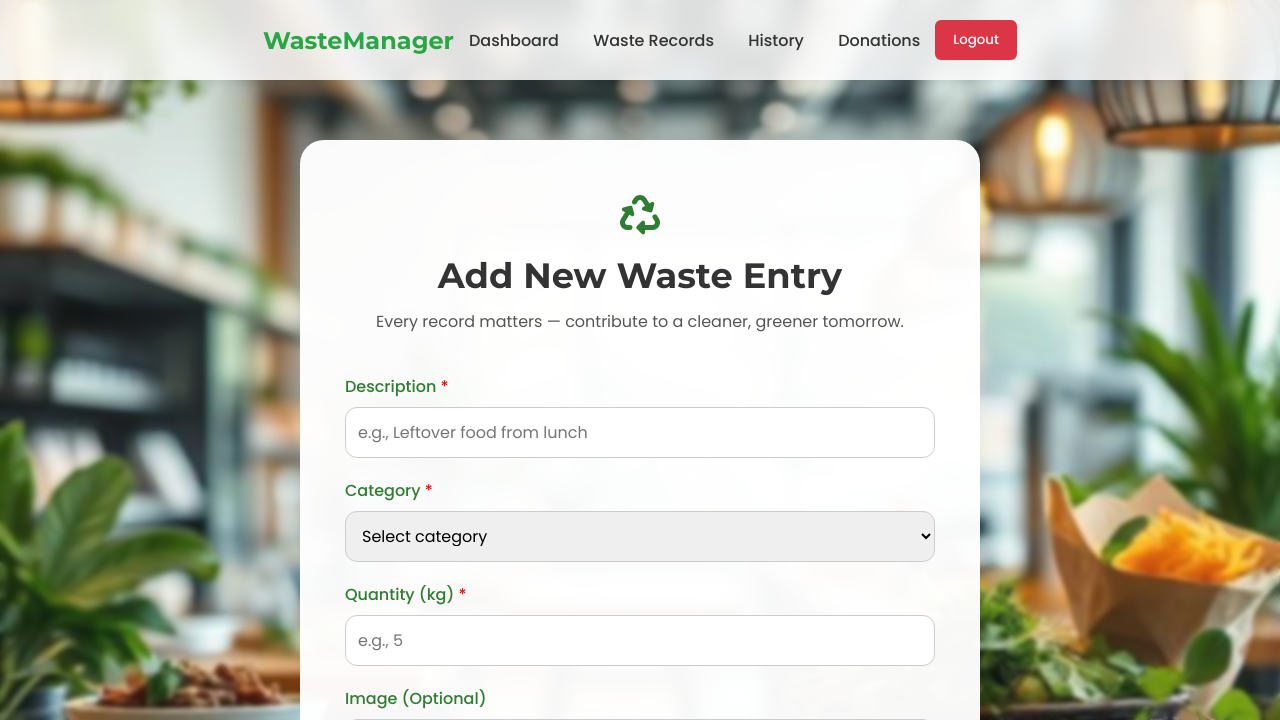
Repository: mahekagrawal25/restaurant-waste-management
Page: frontend/addwaste.html
The author's editor kept a copy of each file at every save. The page is drawn from the files as they stood at one save, then again after the next save.
The browser window is 1280 px wide. The pictures show the whole page.
An inner scrolling area shows only its first screen.

Above is the page before, as saved 2025-04-25 22:09:11.

### frontend/addwaste.html
<!DOCTYPE html>
<html lang="en">
  <head>
    <meta charset="UTF-8" />
    <meta name="viewport" content="width=device-width, initial-scale=1.0" />
    <title>Add Waste - WasteManager</title>
    <link rel="stylesheet" href="style.css" />
    <link
      rel="stylesheet"
      href="https://cdnjs.cloudflare.com/ajax/libs/font-awesome/6.4.0/css/all.min.css"
    />
    <link
      href="https://fonts.googleapis.com/css2?family=Poppins:wght@400;500;600&family=Montserrat:wght@700&display=swap"
      rel="stylesheet"
    />

    <style>
      html,
      body {
        margin: 0;
        padding: 0;
        height: 100%;
        overflow: hidden;
        font-family: "Poppins", sans-serif;
        background: url("./images/restro10.jpeg") no-repeat center center fixed;
        background-size: cover;
      }

      .page-wrapper {
        height: calc(100vh - 80px);
        display: flex;
        justify-content: center;
        align-items: flex-start;
        padding: 60px 20px 20px 20px;
        background-color: rgba(255, 255, 255, 0.05);
        backdrop-filter: blur(2px);
        -webkit-backdrop-filter: blur(2px);
        overflow-y: auto;
      }

      .waste-card {
        background: rgba(255, 255, 255, 0.97);
        border-radius: 24px;
        box-shadow: 0 12px 30px rgba(0, 0, 0, 0.12);
        width: 100%;
        max-width: 680px;
        padding: 60px 45px;
        box-sizing: border-box;
      }

      .card-header {
        text-align: center;
        margin-bottom: 40px;
      }

      .card-header h1 {
        font-size: 2.2rem;
        margin: 12px 0;
      }

      .card-header p {
        font-size: 1rem;
        color: #555;
      }

      .form-group {
        margin-bottom: 28px;
      }

      input,
      select {
        width: 100%;
        padding: 12px 16px;
        font-size: 1rem;
        border-radius: 8px;
        border: 1px solid #ccc;
        box-sizing: border-box;
      }

      label span {
        color: red;
      }

      .btn-submit {
        width: 100%;
        padding: 14px 20px;
        background-color: #28a745;
        color: white;
        font-weight: 600;
        font-size: 1rem;
        border: none;
        border-radius: 8px;
        cursor: pointer;
        transition: background-color 0.3s ease;
      }

      .btn-submit:hover {
        background-color: #218838;
      }

      .footer {
        display: none;
      }

      .status-msg {
        margin-top: 20px;
        text-align: center;
        font-weight: 600;
      }

      .status-msg.success {
        color: green;
      }

      .status-msg.error {
        color: red;
      }

      .navbar {
        height: 80px;
        display: flex;
        align-items: center;
        justify-content: space-between;
        padding: 0 40px;
        background: #ffffffd9;
        box-shadow: 0 2px 8px rgba(0, 0, 0, 0.05);
      }

      .nav-container nav a {
        margin: 0 15px;
        text-decoration: none;
        font-weight: 500;
        color: #333;
      }

      .nav-container .logo {
        font-family: "Montserrat", sans-serif;
        font-weight: 700;
        font-size: 1.5rem;
        color: #28a745;
      }

      .btn-logout {
        background: #dc3545;
        color: white;
        border: none;
        border-radius: 6px;
        padding: 10px 18px;
        cursor: pointer;
        font-weight: 500;
      }

      .btn-logout:hover {
        background: #c82333;
      }
    </style>
  </head>

  <body>
    <header class="navbar">
      <div class="nav-container">
        <div class="logo">WasteManager</div>
        <nav>
          <a href="restaurant_dashboard.html">Dashboard</a>
          <a href="waste-records.html" class="active">Waste Records</a>
          <a href="history.html">History</a>
          <a href="donations.html">Donations</a>
        </nav>
        <button id="logoutBtn" class="btn-logout">Logout</button>
      </div>
    </header>

    <div class="page-wrapper">
      <div class="waste-card">
        <div class="card-header">
          <i class="fas fa-recycle fa-2x"></i>
          <h1>Add New Waste Entry</h1>
          <p>
            Every record matters — contribute to a cleaner, greener tomorrow.
          </p>
        </div>

        <form id="addWasteForm" class="waste-form">
          <!-- Optional: user_id can be filled dynamically by backend or JS -->
          <input type="hidden" id="user_id" name="user_id" />

          <div class="form-group">
            <label for="description">Description <span>*</span></label>
            <input
              type="text"
              id="description"
              name="description"
              required
              placeholder="e.g., Leftover food from lunch"
            />
          </div>

          <div class="form-group">
            <label for="category">Category <span>*</span></label>
            <select id="category" name="category" required>
              <option value="">Select category</option>
              <option value="Plastic">Plastic</option>
              <option value="Food">Food</option>
              <option value="Cardboard">Cardboard</option>
              <option value="Glass">Glass</option>
              <option value="Other">Other</option>
            </select>
          </div>

          <div class="form-group">
            <label for="quantity">Quantity (kg) <span>*</span></label>
            <input
              type="number"
              id="quantity"
              name="quantity"
              min="1"
              required
              placeholder="e.g., 5"
            />
          </div>

          <div class="form-group">
            <label for="image_url">Image (Optional)</label>
            <input
              type="url"
              id="image_url"
              name="image_url"
              placeholder="Paste image URL (optional)"
            />
          </div>

          <button type="submit" class="btn-submit">
            <i class="fas fa-paper-plane"></i> Submit Entry
          </button>
          <p id="statusMsg" class="status-msg"></p>
        </form>
      </div>
    </div>

    <footer class="footer">
      <p>&copy; 2025 WasteManager | All rights reserved</p>
    </footer>

    <!-- Optional: Add script for logout and form handling -->
    <script>
      document.getElementById("logoutBtn").addEventListener("click", () => {
        localStorage.removeItem("token"); // or sessionStorage depending on usage
        window.location.href = "login.html";
      });

      // Example submit handler
      document.getElementById("addWasteForm").addEventListener("submit", async (e) => {
        e.preventDefault();
        const form = e.target;
        const data = {
          user_id: document.getElementById("user_id").value,
          description: form.description.value,
          category: form.category.value,
          quantity: form.quantity.value,
          image_url: form.image_url.value
        };

        const statusMsg = document.getElementById("statusMsg");

        try {
          const res = await fetch("http://localhost:5000/api/waste/add", {
            method: "POST",
            headers: {
              "Content-Type": "application/json",
              Authorization: "Bearer " + localStorage.getItem("token"),
            },
            body: JSON.stringify(data)
          });

          const result = await res.json();

          if (res.ok) {
            statusMsg.textContent = "Waste entry submitted successfully!";
            statusMsg.className = "status-msg success";
            form.reset();
          } else {
            statusMsg.textContent = result.message || "Submission failed.";
            statusMsg.className = "status-msg error";
          }
        } catch (error) {
          statusMsg.textContent = "An error occurred. Try again.";
          statusMsg.className = "status-msg error";
        }
      });
    </script>
  </body>
</html>

### frontend/style.css
/* ✅ General Styles */
* {
  margin: 0;
  padding: 0;
  box-sizing: border-box;
  font-family: 'Poppins', sans-serif;
}

body {
  background: linear-gradient(135deg, #2e7d32, #81c784);
  color: #333;
  min-height: 100vh;
  display: flex;
  flex-direction: column;
}

/* ✅ Navigation Bar */
.navbar {
  background: rgba(255, 255, 255, 0.85);
  backdrop-filter: blur(12px);
  box-shadow: 0 4px 15px rgba(0, 0, 0, 0.1);
  padding: 20px 40px;
  position: sticky;
  top: 0;
  z-index: 1000;
}

.nav-container {
  display: flex;
  justify-content: space-between;
  align-items: center;
  max-width: 1300px;
  margin: 0 auto;
}

.navbar .logo {
  font-size: 30px;
  font-weight: bold;
  color: #2e7d32;
  font-family: 'Georgia', serif;
}

nav a {
  margin: 0 18px;
  text-decoration: none;
  color: #444;
  font-weight: 500;
  transition: color 0.3s, transform 0.3s;
}

nav a:hover {
  color: #2e7d32;
  transform: scale(1.1);
}

.btn-logout {
  background: #ff4c4c;
  color: #fff;
  border: none;
  padding: 12px 28px;
  border-radius: 30px;
  cursor: pointer;
  font-weight: 500;
  transition: background 0.3s, transform 0.3s;
}

.btn-logout:hover {
  background: #e03c3c;
  transform: scale(1.05);
}

/* ✅ Main Content */
.container {
  width: 90%;
  max-width: 1300px;
  margin: 50px auto;
  flex: 1;
}

/* ✅ Welcome Section */
.welcome-section {
  text-align: center;
  margin-bottom: 70px;
}

.welcome-section h1 {
  font-size: 48px;
  color: #fff;
  margin-bottom: 12px;
  font-weight: 700;
  font-family: 'Cambria', serif;
}

.welcome-section p {
  font-size: 20px;
  color: #f0f0f0;
  opacity: 0.9;
}

/* ✅ Quick Actions Grid */
.actions-grid {
  display: grid;
  grid-template-columns: repeat(auto-fit, minmax(280px, 1fr));
  gap: 35px;
  margin-bottom: 70px;
}

.action-card {
  background: rgba(255, 255, 255, 0.85);
  backdrop-filter: blur(12px);
  border-radius: 20px;
  box-shadow: 0 10px 25px rgba(0, 0, 0, 0.1);
  padding: 35px;
  text-align: center;
  transition: transform 0.4s, box-shadow 0.4s;
  cursor: pointer;
}

.action-card:hover {
  transform: translateY(-12px);
  box-shadow: 0 14px 30px rgba(0, 0, 0, 0.2);
}

.action-card i {
  font-size: 52px;
  color: #2e7d32;
  margin-bottom: 25px;
}

.action-card h3 {
  font-size: 26px;
  color: #333;
  margin-bottom: 12px;
  font-weight: 700;
}

.action-card p {
  font-size: 18px;
  color: #555;
  opacity: 0.85;
}

/* ✅ Recent Activities */
.recent-activities {
  background: rgba(255, 255, 255, 0.9);
  padding: 35px;
  border-radius: 20px;
  box-shadow: 0 10px 25px rgba(0, 0, 0, 0.1);
}

.recent-activities h2 {
  font-size: 30px;
  margin-bottom: 25px;
  font-weight: 700;
  color: #333;
}

.activities-container {
  max-height: 350px;
  overflow-y: auto;
  padding: 15px;
}

.activities-container p {
  font-size: 18px;
  color: #555;
  opacity: 0.9;
}

/* ✅ Footer */
.footer {
  background: rgba(255, 255, 255, 0.9);
  backdrop-filter: blur(10px);
  color: #333;
  text-align: center;
  padding: 25px;
  box-shadow: 0 -5px 15px rgba(0, 0, 0, 0.1);
  font-weight: 600;
  font-size: 16px;
}





/* Activities Table Styles */
.activities-table-container {
  overflow-x: auto;
  margin-top: 1rem;
  background: white;
  border-radius: 8px;
  box-shadow: 0 2px 10px rgba(0,0,0,0.1);
  padding: 1rem;
}

#activitiesTable {
  width: 100%;
  border-collapse: collapse;
}

#activitiesTable th, #activitiesTable td {
  padding: 12px 15px;
  text-align: left;
  border-bottom: 1px solid #e0e0e0;
}

#activitiesTable th {
  background-color: #f5f5f5;
  font-weight: 600;
}

#activitiesTable tr:hover {
  background-color: #f9f9f9;
}

.btn-view-all {
  display: block;
  margin: 1rem auto 0;
  padding: 8px 16px;
  background: #4CAF50;
  color: white;
  border: none;
  border-radius: 4px;
  cursor: pointer;
}

.btn-view-all:hover {
  background: #45a049;
}




/* Activities Table Styles */
.activities-table-container {
  overflow-x: auto;
  margin-top: 1rem;
  background: white;
  border-radius: 8px;
  box-shadow: 0 2px 10px rgba(0,0,0,0.1);
  padding: 1rem;
}

#activitiesTable {
  width: 100%;
  border-collapse: collapse;
  font-size: 0.9rem;
}

#activitiesTable th {
  background-color: #f8f9fa;
  padding: 12px 15px;
  text-align: left;
  font-weight: 600;
}

#activitiesTable td {
  padding: 10px 15px;
  border-bottom: 1px solid #e9ecef;
}

.loading, .error {
  text-align: center;
  padding: 20px;
}

.loading {
  color: #6c757d;
}

.error {
  color: #dc3545;
}













.page-header {
  text-align: center;
  margin-top: 40px;
}

.page-header h1 {
  font-family: 'Montserrat', sans-serif;
  font-size: 2rem;
  color: #2e7d32;
}

.page-header p {
  font-size: 1rem;
  color: #555;
  margin-top: 8px;
}

.form-section {
  max-width: 600px;
  margin: 30px auto;
  background: #f9fff9;
  padding: 30px;
  border-radius: 16px;
  box-shadow: 0 6px 18px rgba(0, 0, 0, 0.06);
}

.waste-form .form-group {
  margin-bottom: 20px;
}

.waste-form label {
  display: block;
  font-weight: 500;
  margin-bottom: 8px;
}

.waste-form label span {
  color: red;
}

.waste-form input,
.waste-form select {
  width: 100%;
  padding: 12px 14px;
  font-size: 1rem;
  border: 1px solid #ccc;
  border-radius: 12px;
  outline: none;
  transition: border 0.3s ease;
}

.waste-form input:focus,
.waste-form select:focus {
  border-color: #4caf50;
}

.btn-submit {
  background-color: #4caf50;
  color: #fff;
  padding: 12px 20px;
  border: none;
  border-radius: 12px;
  cursor: pointer;
  font-weight: 600;
  font-size: 1rem;
  transition: background-color 0.3s ease;
  display: flex;
  align-items: center;
  gap: 8px;
}

.btn-submit:hover {
  background-color: #388e3c;
}




/* Hero Section */
.hero-header {
  background: linear-gradient(to right, #43a047, #2e7d32);
  color: white;
  padding: 60px 20px 40px;
  text-align: center;
  border-bottom-left-radius: 40px;
  border-bottom-right-radius: 40px;
  box-shadow: 0 8px 20px rgba(0, 0, 0, 0.1);
}

.hero-content i {
  font-size: 3rem;
  margin-bottom: 10px;
  animation: bounce 1s ease-in-out infinite alternate;
}

.hero-content h1 {
  font-family: 'Montserrat', sans-serif;
  font-size: 2.5rem;
  margin: 0;
}

.hero-content p {
  font-size: 1.1rem;
  margin-top: 10px;
  color: #e0f2f1;
}

/* Animation for Icon */
@keyframes bounce {
  0% { transform: translateY(0); }
  100% { transform: translateY(-5px); }
}


/* Make entire page fit on screen */
.page-wrapper {
  display: flex;
  justify-content: center;
  align-items: center;
  height: calc(100vh - 80px); /* Adjust for header/footer */
  padding: 20px;
  background-color: #f4f7f6;
}

/* Unified Card */
.waste-card {
  background: rgba(255, 255, 255, 0.98);
  border-radius: 20px;
  box-shadow: 0 8px 24px rgba(0, 0, 0, 0.08);
  width: 100%;
  max-width: 650px;

  /* Updated padding */
  padding: 60px 40px;
  box-sizing: border-box;
}

/* Header Inside Card */
.card-header {
  text-align: center;
  margin-bottom: 25px;
}

.card-header i {
  font-size: 2.5rem;
  color: #2e7d32;
  animation: bounce 1s infinite alternate;
}

.card-header h1 {
  margin: 10px 0 5px;
  font-family: 'Montserrat', sans-serif;
  font-size: 1.8rem;
}

.card-header p {
  font-size: 0.95rem;
  color: #555;
}

/* Form Fields */
.waste-form .form-group {
  margin-bottom: 20px;
}

.waste-form label {
  display: block;
  margin-bottom: 8px;
  font-weight: 500;
  color: #2e7d32;
}

.waste-form input,
.waste-form select {
  width: 100%;
  padding: 12px;
  border: 1px solid #ccc;
  border-radius: 12px;
  font-size: 1rem;
  transition: border 0.3s ease;
}

.waste-form input:focus,
.waste-form select:focus {
  border-color: #2e7d32;
  outline: none;
}

/* Submit Button */
.btn-submit {
  width: 100%;
  background: linear-gradient(to right, #43a047, #2e7d32);
  color: white;
  padding: 14px;
  font-size: 1rem;
  border: none;
  border-radius: 12px;
  cursor: pointer;
  transition: background 0.3s ease;
}

.btn-submit:hover {
  background: linear-gradient(to right, #388e3c, #1b5e20);
}

/* Icon Animation */
@keyframes bounce {
  0% { transform: translateY(0); }
  100% { transform: translateY(-5px); }
}

After the next save:
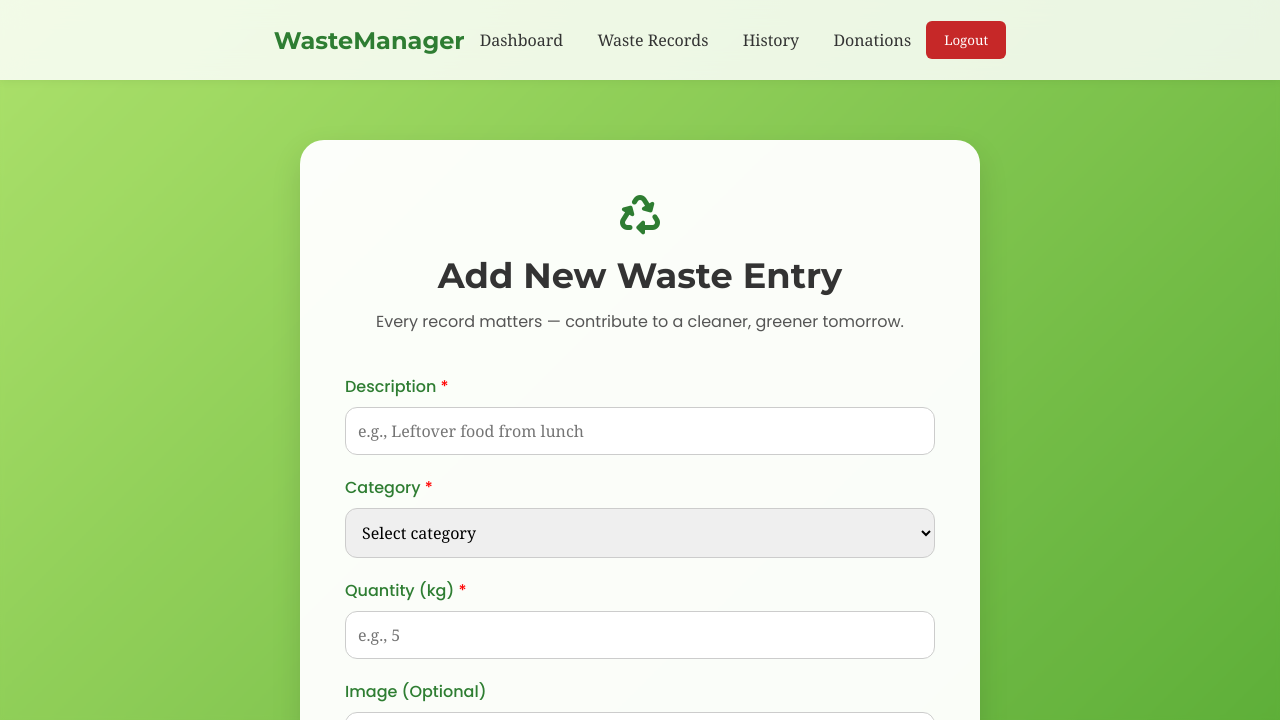
Saved 99 s later.
--- a/frontend/addwaste.html
+++ b/frontend/addwaste.html
@@ -21,8 +21,8 @@
         padding: 0;
         height: 100%;
         overflow: hidden;
-        font-family: "Poppins", sans-serif;
-        background: url("./images/restro10.jpeg") no-repeat center center fixed;
+        font-family: "Georgia", "Cambria", serif;
+        background: linear-gradient(135deg, #a8e063, #56ab2f);
         background-size: cover;
       }
 
@@ -75,6 +75,7 @@
         border-radius: 8px;
         border: 1px solid #ccc;
         box-sizing: border-box;
+        font-family: "Cambria", "Georgia", serif;
       }
 
       label span {
@@ -84,7 +85,7 @@
       .btn-submit {
         width: 100%;
         padding: 14px 20px;
-        background-color: #28a745;
+        background-color: #2e7d32;
         color: white;
         font-weight: 600;
         font-size: 1rem;
@@ -92,10 +93,11 @@
         border-radius: 8px;
         cursor: pointer;
         transition: background-color 0.3s ease;
+        font-family: "Cambria", "Georgia", serif;
       }
 
       .btn-submit:hover {
-        background-color: #218838;
+        background-color: #1b5e20;
       }
 
       .footer {
@@ -131,27 +133,29 @@
         text-decoration: none;
         font-weight: 500;
         color: #333;
+        font-family: "Cambria", "Georgia", serif;
       }
 
       .nav-container .logo {
         font-family: "Montserrat", sans-serif;
         font-weight: 700;
         font-size: 1.5rem;
-        color: #28a745;
+        color: #2e7d32;
       }
 
       .btn-logout {
-        background: #dc3545;
+        background: #c62828;
         color: white;
         border: none;
         border-radius: 6px;
         padding: 10px 18px;
         cursor: pointer;
         font-weight: 500;
+        font-family: "Cambria", "Georgia", serif;
       }
 
       .btn-logout:hover {
-        background: #c82333;
+        background: #8e0000;
       }
     </style>
   </head>
@@ -181,7 +185,6 @@
         </div>
 
         <form id="addWasteForm" class="waste-form">
-          <!-- Optional: user_id can be filled dynamically by backend or JS -->
           <input type="hidden" id="user_id" name="user_id" />
 
           <div class="form-group">
@@ -241,14 +244,12 @@
       <p>&copy; 2025 WasteManager | All rights reserved</p>
     </footer>
 
-    <!-- Optional: Add script for logout and form handling -->
     <script>
       document.getElementById("logoutBtn").addEventListener("click", () => {
-        localStorage.removeItem("token"); // or sessionStorage depending on usage
+        localStorage.removeItem("token");
         window.location.href = "login.html";
       });
 
-      // Example submit handler
       document.getElementById("addWasteForm").addEventListener("submit", async (e) => {
         e.preventDefault();
         const form = e.target;
